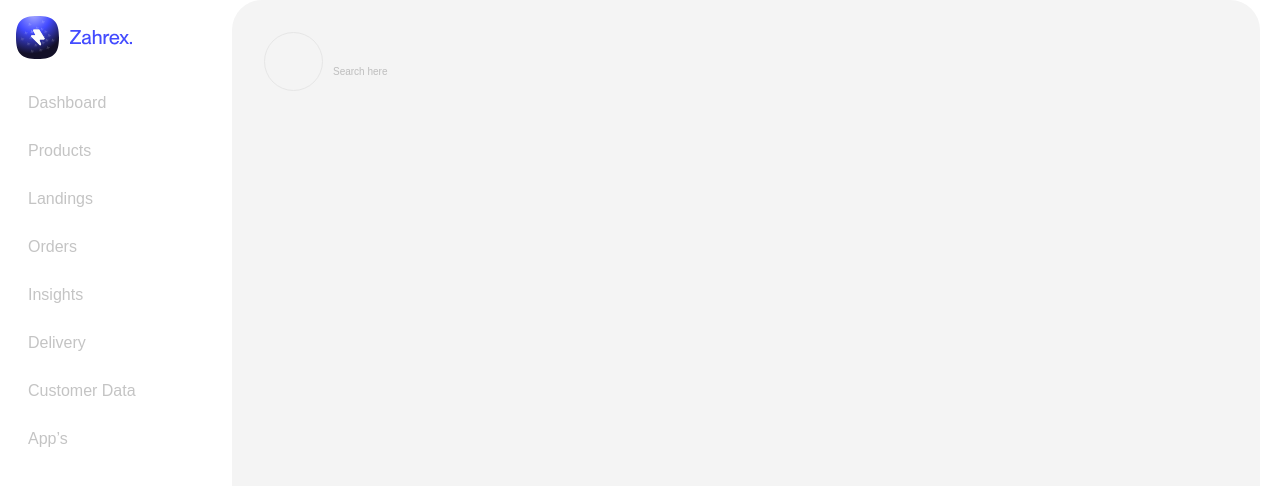
Repository: asba38295-web/zahrex-app
Page: /dashboard
The author's editor kept a copy of each file at every save. The page is drawn from the files as they stood at one save, then again after the next save.
The browser window is 1280 px wide. The pictures show the whole page.
The project was rebuilt for these pictures with package versions that can differ from the ones it lists, and the page was loaded fresh each time. The framework's server and built-in components were replaced by stand-ins that run in the browser. Also part of the build but not shown: next.config.mjs, src/page/Dashboard/Dashboard.jsx.

Above is the page before, as saved 2025-11-28 21:33:34.

### src/app/dashboard/page.jsx
"use client";
import React, { useState } from "react";

import Dashboard from "../../page/Dashboard/Dashboard";

export default function DashboardShell() {
  const [activeTab, setActiveTab] = useState("Dashboard");
  const [mobileMenuOpen, setMobileMenuOpen] = useState(false);

  const NAV = [
    { key: "dashboard", label: "Dashboard" },
    { key: "products",  label: "Products" },
    { key: "landings",  label: "Landings" },
    { key: "orders", label: "Orders" },
    { key: "insights",      label: "Insights" },
    { key: "delivery",  label: "Delivery" },
    { key: "customerData",      label: "Customer Data" },
    { key: "apps",   label: "App’s" },

  ];

  return (
    <div className="flex gap-1">
     {/* Sidebar */}

     <aside
     className={` inset-y-0 left-0 z-30 w-52  backdrop-blur p-4 transition-transform md:translate-x-0 ${
       mobileMenuOpen ? "translate-x-0" : "-translate-x-full md:translate-x-0"
     }`}
   >
     <div className="flex items-center justify-between mb-6">
       <div className="flex items-center gap-2">
         <img src="logoz.svg" alt="" />
       </div>
       <button
         onClick={() => setMobileMenuOpen(false)}
         className="md:hidden inline-flex items-center justify-center h-9 w-9 rounded-full border"
         aria-label="Close menu"
       >
         ×
       </button>
     </div>

     <nav className="space-y-2">
       {NAV.map((item) => (
         <button
           key={item.key}
           onClick={() => setActiveTab(item.key)}
           className={`w-full text-[#C4C4C4] text-left px-3 py-2 rounded-xl ${
             activeTab === item.key
               ? " text-black  border-black"
               : "hover:bg-gray-100"
           }`}
         >
           {item.label}
         </button>
       ))}
     </nav>

     {/* Main */}
     <main className=" flex-1 md:ml-72 p-4">
        {/* Top bar */}
        <div className="flex items-center justify-between gap-2 mb-4">
          <button
            onClick={() => setMobileMenuOpen(true)}
            className="md:hidden inline-flex items-center justify-center h-10 w-10 rounded-xl border bg-white"
            aria-label="Open menu"
          >
            ☰
          </button>
          <h1 className="text-xl font-semibold">{titleForTab(activeTab)}</h1>
          <div className="hidden md:block" />
        </div>

        {/* 🧩 المحتوى: خاوي دابا — ركب فيه كومبونوناتك من بعد */}
        {/* <EmptyPanel /> */}

        {/*
          🔌 منين تبغي تركّب كومبونونت:
          import OrdersTable from "@/componentsDashboard/orders/OrdersTable";
          ثم بدّل <EmptyPanel /> بـ:
          {activeTab === "orders" && <OrdersTable />}
          وهاكذا لباقي التابات...
        */}
      </main>
   </aside>

    <div className="w-screen h-full px-5">
    <div className="min-h-screen w-full bg-[#F4F4F4] p-8 rounded-[30px] flex">
     <div className="flex gap-[10px]">
       <button className=" w-[59px] h-[59px] border border-[#E6E6E6] rounded-full "></button>
       <input
       placeholder="Search here"
       type="text"

       className="text-[#8A8A8A] w-[100px] h-[59px] mt-[10px] text-[10px]" />
     </div>


    </div>
    </div>
    </div>
  );
}

function titleForTab(key) {
  switch (key) {
    case "dashboard": return < Dashboard />;
    case "orders": return "Orders22";
    case "services": return "Services";
    case "closed": return "Closed";
    case "paid": return "Paid";
    case "products": return "Products";
    case "delivery": return "Delivery";
    case "customers": return "Customers";
    case "meta": return "Meta";
    case "whatsapp": return "Whatsapp";
    case "team": return "Team";
    case "finance": return "Finance";
    case "email": return "Email";
  }
}

// function EmptyPanel() {
//   return (
//     <div className="grid place-items-center h-[60vh] rounded-2xl border bg-white text-gray-500">
//       <div className="text-center space-y-2">
//         <div className="text-sm uppercase tracking-wide text-gray-400">Empty</div>
//         <p className="text-base">ركّب الكومبونونت ديالك هنا من بعد.</p>
//       </div>
//     </div>
//   );
// }

Loaded but not shown: src/app/layout.js (common file); src/app/globals.css (common file)

After the next save:
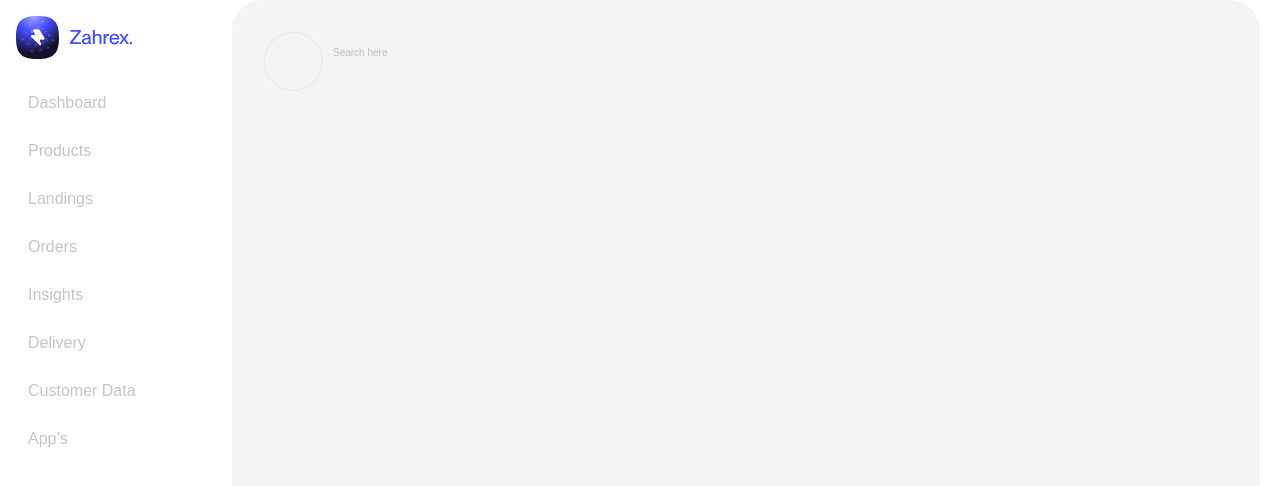
Saved 6 s later.
--- a/src/app/dashboard/page.jsx
+++ b/src/app/dashboard/page.jsx
@@ -93,7 +93,7 @@ export default function DashboardShell() {
        placeholder="Search here"
        type="text"
 
-       className="text-[#8A8A8A] w-[100px] h-[59px] mt-[10px] text-[10px]" />
+       className="text-[#8A8A8A] w-[100px] h-[20px] mt-[10px] text-[10px]" />
      </div>
 
 
